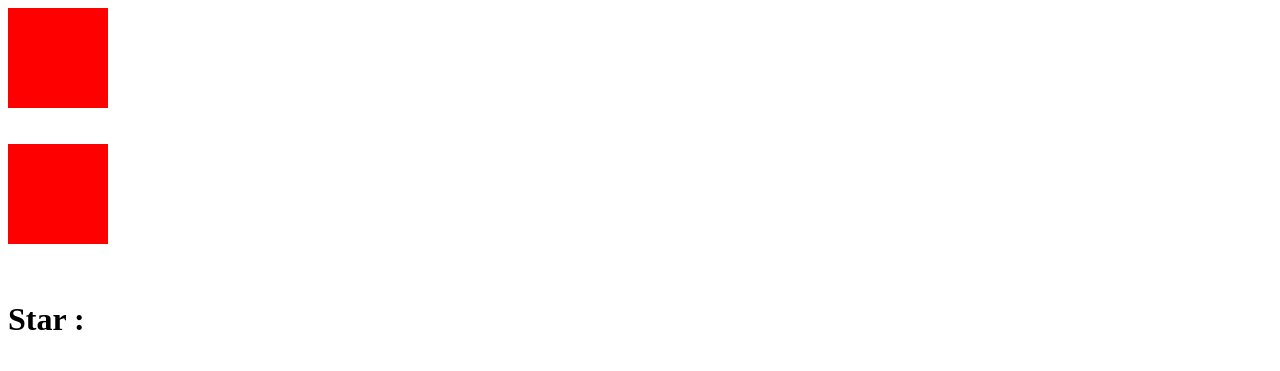
Repository: Shinhan1/shinhan
Page: http://localhost/web_goott/w20200324/w20200324_Test1.jsp
An editor plug-in stored every save of this project. The page is shown before and after the next save, followed by the edit.
The browser window is 1280 px wide. The pictures show the whole page.
The page is served by Tomcat 9.

Above is the page before, as saved 2020-03-24 08:37:58.
Console error: TypeError: $(...).setInterval is not a function

### web_goott/WebContent/w20200324/w20200324_Test1.jsp
<%@ page language="java" contentType="text/html; charset=UTF-8"
    pageEncoding="UTF-8"%>
<!DOCTYPE html>
<html>
<head>
<meta charset="UTF-8">
<title>Test1</title>
<style type="text/css">
	div{
		margin-left: 0px;
		width: 100px;
		height: 100px;
		background-color: red;
	}
</style>
<script src="https://ajax.googleapis.com/ajax/libs/jquery/3.4.1/jquery.min.js"></script>
<script type="text/javascript">

	$(function(){
		$('#div1').click(function(){
			$(this).animate({
				marginLeft: "+=100"
			}, 500);
			$(this).animate({
				width : "+=100"
			}, 500);
			$(this).animate({
				height : "+=100"
			}, 500);

		});

		$('#div2').click(function(){
			$(this).animate({
				marginLeft: "+=100"
			}, 500);
			$(this).animate({
				width : "+=100"
			}, 500);
			$(this).animate({
				height : "+=100"
			}, 500, function(){
				$(this).hide();
			});

		});

		$('h1').setInterval(function(){
			$(this).append(" ★ ");
		}, 1000);



		$('h1').click(function(){
			$(this).append(" ★ ");
		});


	});
</script>
</head>
<body>
	<div id="div1"></div>
	<br /><br />
	<div id="div2"></div>
	<br /><br />
	<h1>Star : </h1>

</body>
</html>

After the next save:
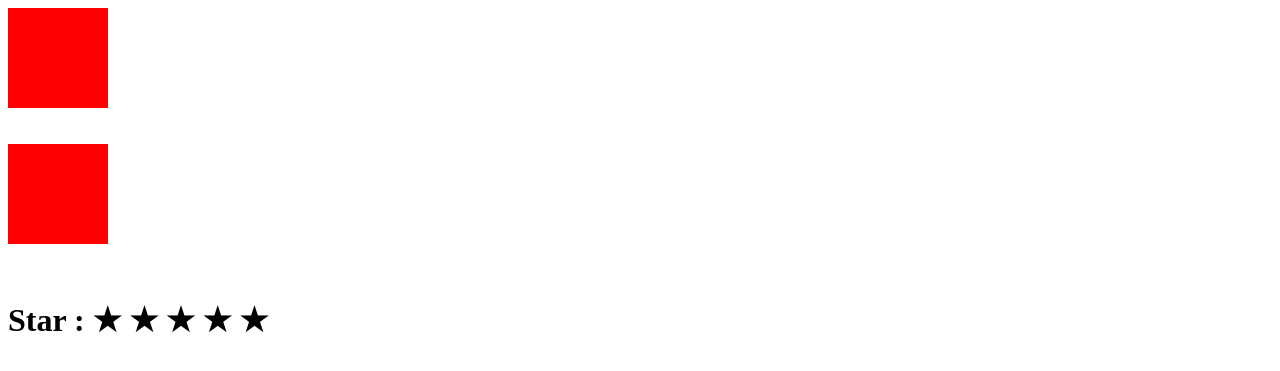
The error is gone.
Saved 69 s later.
--- a/web_goott/WebContent/w20200324/w20200324_Test1.jsp
+++ b/web_goott/WebContent/w20200324/w20200324_Test1.jsp
@@ -45,8 +45,8 @@
 
 		});
 
-		$('h1').setInterval(function(){
-			$(this).append(" ★ ");
+		setInterval(function(){
+			$('h1').append(" ★ ");
 		}, 1000);
 
 
